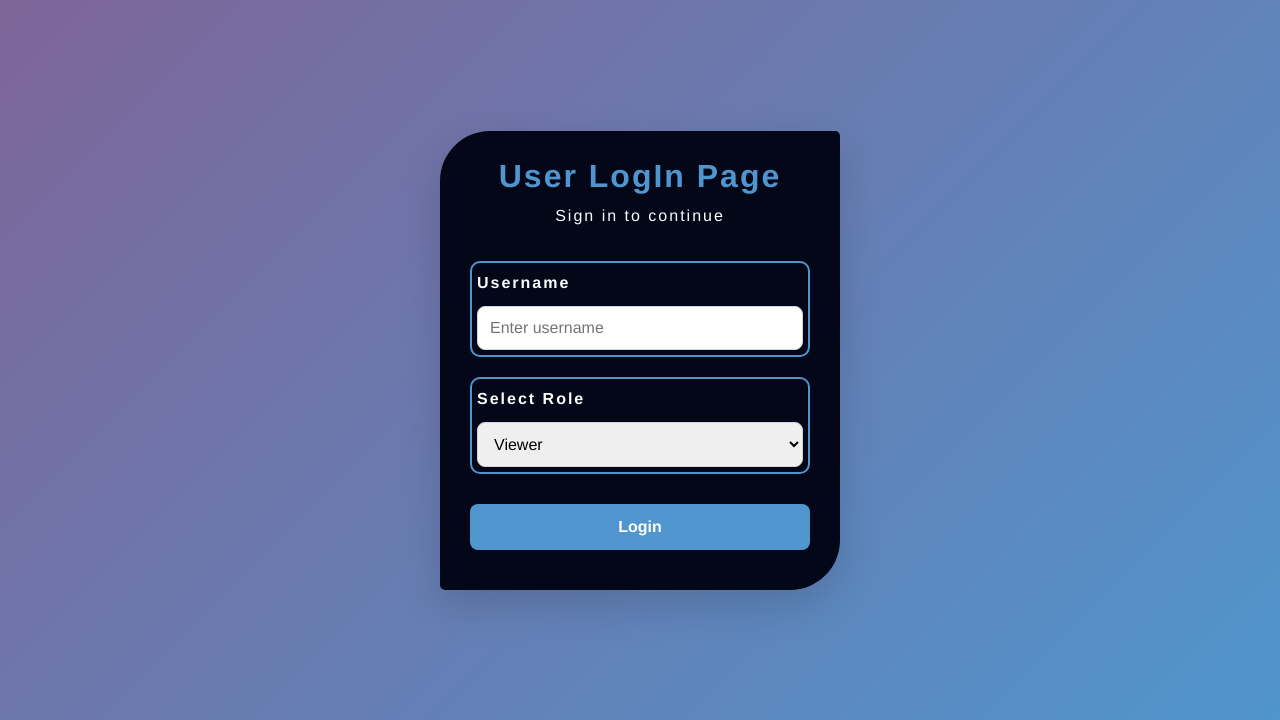
Repository: SolomonChinonso/myUserDashboard
Page: / (app in my-user-dashboard-app/)
An editor plug-in stored every save of this project. The page is shown before and after a run of saves, followed by the edit.
The browser window is 1280 px wide. The pictures show the whole page.
The project was rebuilt for these pictures with package versions that can differ from the ones it lists, and the page was loaded fresh each time. Also part of the build but not shown: my-user-dashboard-app/vite.config.ts, my-user-dashboard-app/src/App.css, my-user-dashboard-app/src/pages/global.css, my-user-dashboard-app/src/pages/Dashboard.tsx, my-user-dashboard-app/src/pages/Profile.tsx, my-user-dashboard-app/src/pages/Settings.tsx, my-user-dashboard-app/src/components/Navbar.tsx, my-user-dashboard-app/src/components/ProtectedRoute.tsx.

Above is the page before, as saved 2026-05-31 15:57:26.

After the next 2 saves:
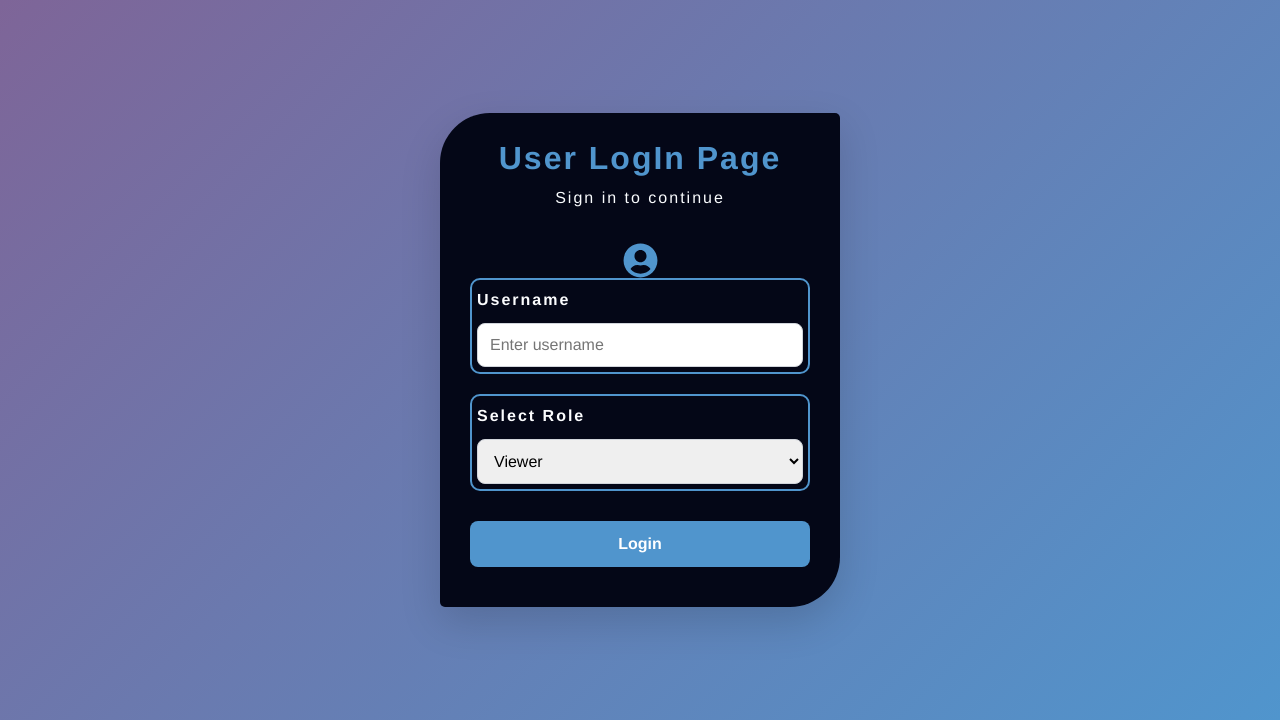
The 2 saves are shown as one change because they came seconds apart.
The last was saved 67 s later.
--- a/my-user-dashboard-app/src/pages/Login.tsx
+++ b/my-user-dashboard-app/src/pages/Login.tsx
@@ -27,7 +27,7 @@ const Login = () => {
         <p className="subtitle">
           Sign in to continue
         </p>
-
+        <FaUserCircle size={35} />
         <div className="form-group">
           <label>Username</label>
           <input
